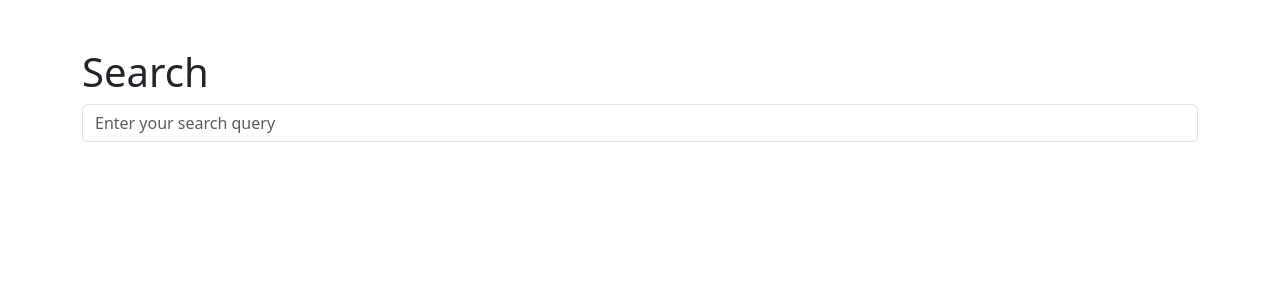
Repository: gyfffffff/meishimeike_test
Page: myweb/test.html
These files come from the project's save history. The page is drawn as it stood at one moment and after the next save; the edit follows.
The browser window is 1280 px wide. The pictures show the whole page.

Above is the page before, as saved 2023-07-13 10:19:25.

After the next save:
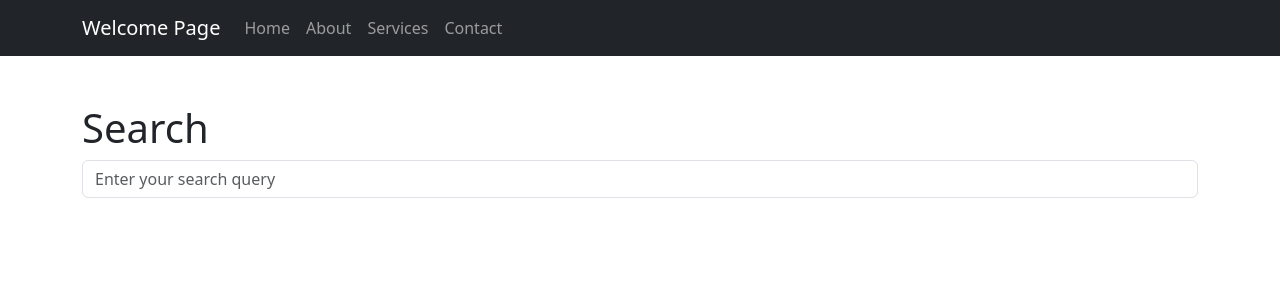
Saved 13 s later.
--- a/myweb/test.html
+++ b/myweb/test.html
@@ -1,3 +1,5 @@
+<!-- search.html -->
+
 <!DOCTYPE html>
 <html lang="en">
 
@@ -9,6 +11,31 @@
 </head>
 
 <body>
+    <nav class="navbar navbar-expand-lg navbar-dark bg-dark">
+        <div class="container">
+            <a class="navbar-brand" href="#">Welcome Page</a>
+            <button class="navbar-toggler" type="button" data-bs-toggle="collapse" data-bs-target="#navbarNav"
+                aria-controls="navbarNav" aria-expanded="false" aria-label="Toggle navigation">
+                <span class="navbar-toggler-icon"></span>
+            </button>
+            <div class="collapse navbar-collapse" id="navbarNav">
+                <ul class="navbar-nav ml-auto">
+                    <li class="nav-item">
+                        <a class="nav-link" href="#">Home</a>
+                    </li>
+                    <li class="nav-item">
+                        <a class="nav-link" href="#">About</a>
+                    </li>
+                    <li class="nav-item">
+                        <a class="nav-link" href="#">Services</a>
+                    </li>
+                    <li class="nav-item">
+                        <a class="nav-link" href="#">Contact</a>
+                    </li>
+                </ul>
+            </div>
+        </div>
+    </nav>
 
     <div class="container mt-5">
         <h1>Search</h1>
@@ -27,11 +54,14 @@
                 var query = $(this).val();
                 if (query.trim() !== '') {
                     $.ajax({
-                        url: 'mysql://localhost:3306/crawl', // 替换为您的服务器端搜索建议API的URL
+                        url: '/search-suggestions',
                         type: 'POST',
                         data: { query: query },
                         success: function (response) {
-                            $('#searchResults').html(response);
+                            $('#searchResults').empty();
+                            response.forEach(function (suggestion) {
+                                $('#searchResults').append('<p>' + suggestion + '</p>');
+                            });
                         }
                     });
                 } else {
